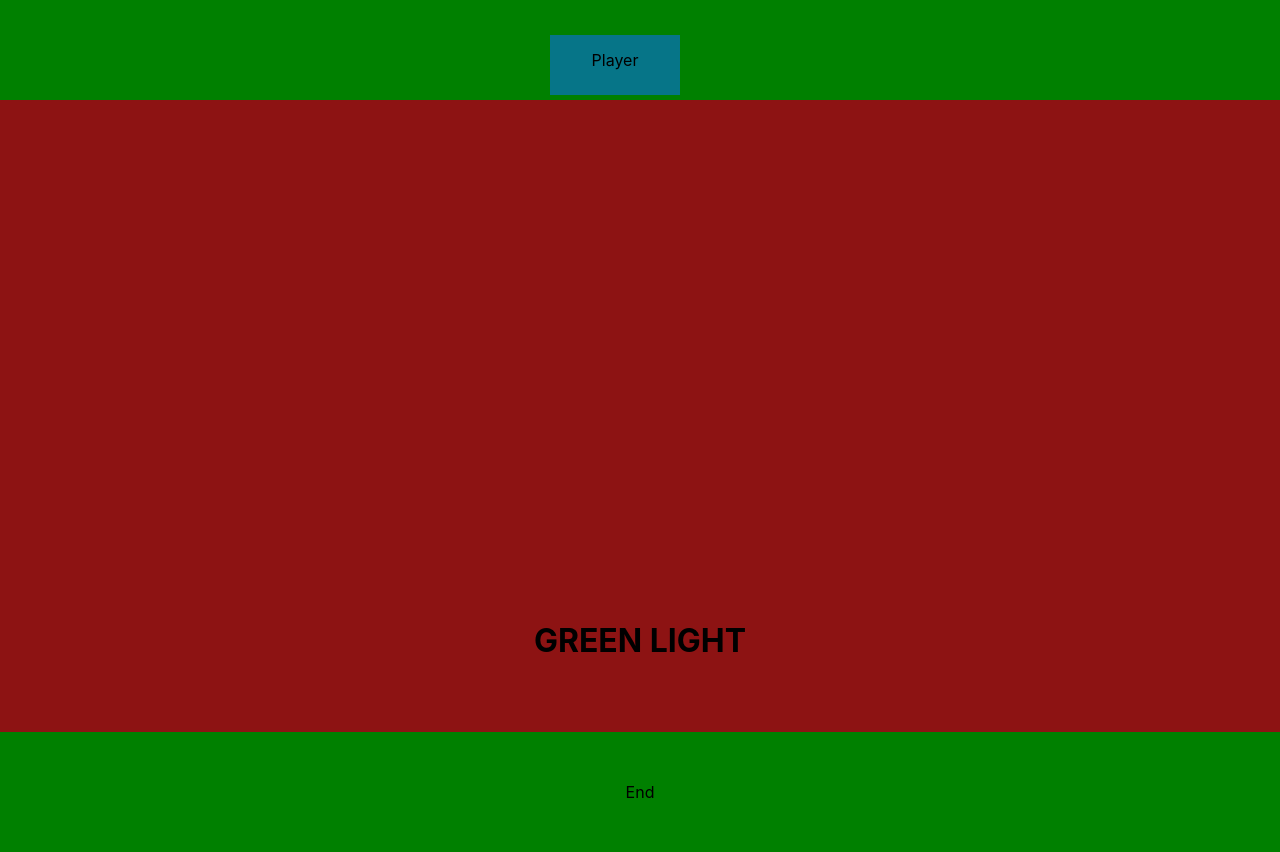
Repository: DerickT02/red-light-green-light
Page: /
These files come from the project's save history. The page is drawn as it stood at one moment and after the next save; the edit follows.
The browser window is 1280 px wide. The pictures show the whole page.
The project was rebuilt for these pictures with package versions that can differ from the ones it lists, and the page was loaded fresh each time.

Above is the page before, as saved 2021-11-22 08:07:47.

After the next save:
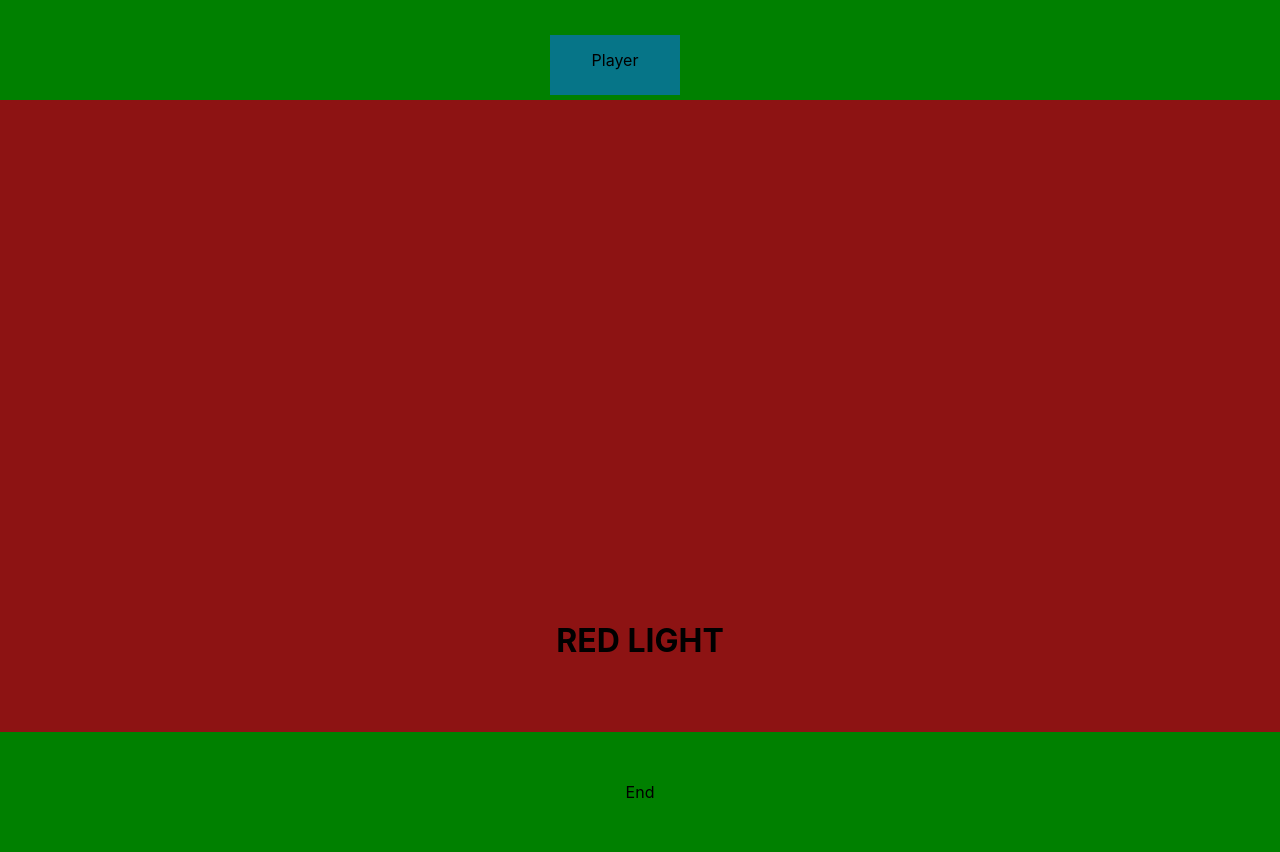
Saved 38 s later.
--- a/src/Field.js
+++ b/src/Field.js
@@ -31,7 +31,7 @@ export default function Field({player}){
 
             <div className = "Field">
                 <div className = "Start">{player}</div>
-                <div className = {light ? 'green-light' : 'red-light'}><h1>{light ? 'RED LIGHT' : 'GREEN LIGHT'}</h1></div>
+                <div className = {light ? 'green-light' : 'red-light'}><h1>{light ? 'GREEN LIGHT' : 'RED LIGHT'}</h1></div>
                 <div className = "End">End</div>
 
             </div>
